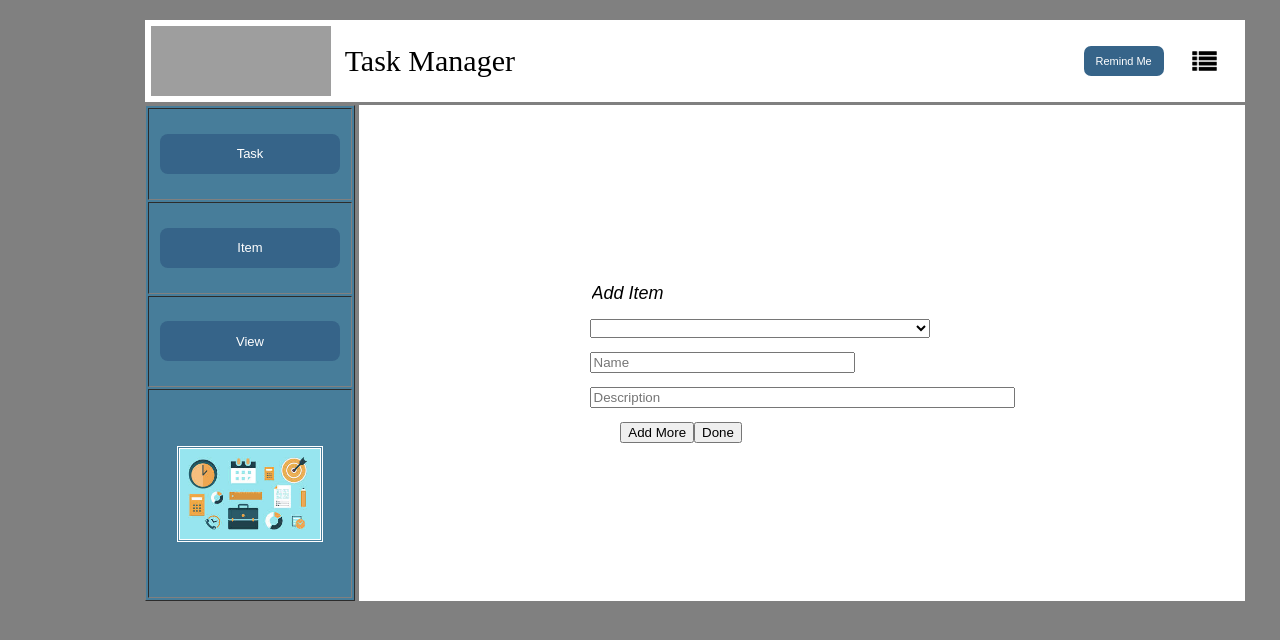
Repository: SnehaSalvi/TaskManagerProject
Page: http://localhost/TaskManagerChecklist/AddItem.jsp
The author's editor kept a copy of each file at every save. The page is drawn from the files as they stood at one save, then again after the next save.
The browser window is 1280 px wide. The pictures show the whole page.
Pictures or frames that could not be fetched are drawn as grey boxes. The page is served by Tomcat 9. Other server files are loaded and not shown.

Above is the page before, as saved 2016-10-14 09:58:33.

### TaskManagerChecklist/WebContent/AddItem.jsp
<%@ page language="java" contentType="text/html; charset=ISO-8859-1"
    pageEncoding="ISO-8859-1"%>
<!DOCTYPE html PUBLIC "-//W3C//DTD HTML 4.01 Transitional//EN" "http://www.w3.org/TR/html4/loose.dtd">
<html>
<head>
<meta http-equiv="Content-Type" content="text/html; charset=ISO-8859-1">
<title>Insert title here</title>
<link href="home.css" type="text/css" rel="stylesheet"/>
</head>
<body>
<form>
	<table id="table1">
		<tr>
			<td id="td1">
				<img id="banner" src="images/banner.jpg"/>
			</td>
			<td id="td_blank">
			</td>
			<td id="td2">
				Task Manager
			</td>
			<td id="td3" align="center">
				<input type="button" name="remind" id="button1" value="Remind Me"/>
			</td>
			<td id="td4" align="center">
				<img id="list" src="images/list.png"/>
			</td>
		</tr>
	</table>
	<table></table>
	<table>
		<tr>
			<td>
				<table id="table2" border="1">
					<tr>
						<td id="#td5" align="center">
							<input type="button" name="task" id="button2" value="Task" onclick="location.href='AddTask.jsp';"/>
						</td>
					</tr>
					<tr>
						<td align="center">
							<input type="button" name="item" id="button2" value="Item"/>
						</td>
					</tr>
					<tr>
						<td align="center">
							<input type="button" name="view" id="button2" value="View"/>
						</td>
					</tr>
					<tr>
						<td rowspan="7" align="center">
							<img id="img1" src="images/menu.jpg"/>
						</td>
					</tr>
				</table>
			</td>
			<td>
				<table id="table3">
					<tr>
						<td id="#td6">&nbsp;&nbsp;&nbsp;&nbsp;
							<table align="center" cellspacing="6" cellpadding="4">
								<tr>
									<td colspan="2">
										<input type="label" id="font1" name="label" value="Add Item" required="required"/>
									</td>
								</tr>
								<tr>
									<td colspan="2">
										<select id="select1" name="taskname" placeholder="select the task" value="task" required="required">
										</select>
									</td>
								</tr>
								<tr>
									<td colspan="2">
										<input type="text" name="itemname" size="30" placeholder="Name" required="required"/>
									</td>
								</tr>

								<tr>
									<td colspan="2">
										<input type="text" name="description" placeholder="Description" size="50" required="required"/>
									</td>
								</tr>
								<tr>
									<td>

									</td>
									<td>
										<input type="submit" name="addmore" value="Add More"/><input type="submit" name="done" value="Done"/>
									</td>
								</tr>
							</table>
						</td>
					</tr>
				</table>
			</td>
		</tr>
	</table>
</form>
</body>
</html>

### TaskManagerChecklist/WebContent/home.css
body
{
	background-position: center;
	background-color:gray;
	margin-left: 140px;
	margin-top: 20px;
	margin-right: 120px;
	margin-bottom: 20px;
	background-repeat: no-repeat;
}
#table1
{
	margin-left:5px;
	background-color:white;
	background-position: center;
	height: 76px;
	width:1100px;

}
#table2
{
	margin-left:2px;
	background-color:#477d9a;
	background-position: center;
	height: 496px;
	width:210px;


}
#table3
{
	background-color:white;
	background-position: center;
	height: 496px;
	width:886px;

}
#table4
{

	background-position: center;
	height: 497px;
	width:1100px;
}
#table5
{
	width:200px;
}
img
{
	border-style:double;
	border-color: white;
}
tr
{

}
#div1
{
	width: 600px;
	height: 400px;
}
#td1
{
	width:185px;
	height:75px;
	background-color:
}
#td2
{
	width:735px;
	height:75px;
	font-family: serif;
	font-size: 30px;
	font-style: inherit;

}
#td3
{
	width:80px;
	height:75px;
}
#td4
{
	width:30x;
	height:75px;
}
#td_blank
{
	width:100x;
	height:75px;
}

#td6
{
	width:1050x;
	height:495px;


}
#banner
{

	width: 180px;
	height: 70px;
}
#list
{

	width: 25px;
	height: 20px;
}
#select1
{
	width:340px;
}
#img1
{

	width: 140px;
	height: 90px;
}
#button1
{
    height: 30px;
    width: 80px;
    border-radius: 7px;
    border: 1px solid #000;
    font-family: sans-serif;
    background-color:#366489;
    color:white;
    font-size: 11px;
    border: 0;
}
#button2
{
    height: 40px;
    width: 180px;
    border-radius: 8px;
    border: 1px solid #000;
    font-family:sans-serif;
    font-size: 13px;
   background-color:#366489;
   color:white;
    border: 0;
}
#label1
{
	color:red;
	font-size: 10px;
	border: none;
}
#font1
{

	font-style:italic;

	font-size: 18px;
	border: none;


}
#label2
{
	border: none;

}
#div3
{
	width: 510px;
	height: 350px;
}

After the next save:
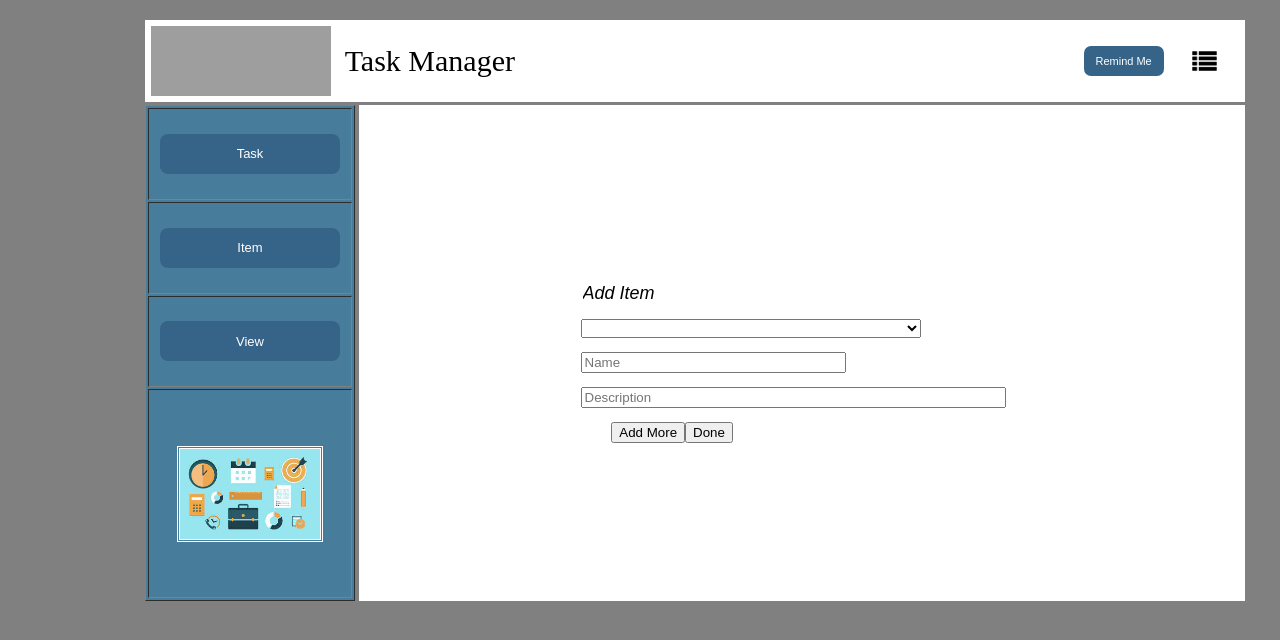
Saved 79 s later.
--- a/TaskManagerChecklist/WebContent/AddItem.jsp
+++ b/TaskManagerChecklist/WebContent/AddItem.jsp
@@ -63,12 +63,14 @@
 									<td colspan="2">
 										<input type="label" id="font1" name="label" value="Add Item" required="required"/>
 									</td>
+									<td>&nbsp;</td>
 								</tr>
 								<tr>
 									<td colspan="2">
 										<select id="select1" name="taskname" placeholder="select the task" value="task" required="required">
 										</select>
 									</td>
+									<td>&nbsp;</td>
 								</tr>
 								<tr>
 									<td colspan="2">
@@ -80,6 +82,7 @@
 									<td colspan="2">
 										<input type="text" name="description" placeholder="Description" size="50" required="required"/>
 									</td>
+
 								</tr>
 								<tr>
 									<td>
